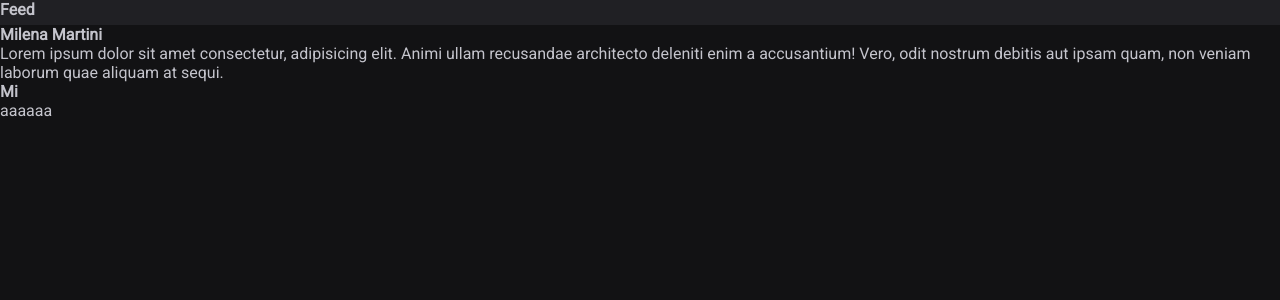
Repository: MilenaMartini/IgniteRckReactJs
Page: /
These files come from the project's save history. The page is drawn as it stood at one moment and after the next save; the edit follows.
The browser window is 1280 px wide. The pictures show the whole page.
The project was rebuilt for these pictures with package versions that can differ from the ones it lists, and the page was loaded fresh each time. Also part of the build but not shown: vite.config.js.

Above is the page before, as saved 2023-04-14 16:02:03.

### index.html
<!DOCTYPE html>
<html lang="en">
  <head>
    <meta charset="UTF-8" />
    <link rel="icon" type="image/svg+xml" href="/vite.svg" />
    <meta name="viewport" content="width=device-width, initial-scale=1.0" />
    <link rel="preconnect" href="https://fonts.googleapis.com">
<link rel="preconnect" href="https://fonts.gstatic.com" crossorigin>
<link href="https://fonts.googleapis.com/css2?family=Roboto:ital,wght@0,400;1,700&display=swap" rel="stylesheet">
    <title>Vite + React</title>
  </head>
  <body>
    <div id="root"></div>
    <script type="module" src="/src/main.jsx"></script>
  </body>
</html>

### src/App.jsx
import { Post } from "./Post"
import {Header} from "./components/Header"
import "./Global.css"

function App() {

  return (
    <div>
    <Header  />

   <Post
   author="Milena Martini"
   content="Lorem ipsum dolor sit amet consectetur, adipisicing elit. Animi ullam recusandae architecto deleniti enim a accusantium! Vero, odit nostrum debitis aut ipsam quam, non veniam laborum quae aliquam at sequi."
   />

   <Post
      author="Mi"
      content="aaaaaa"
    />
   </div>
  )
}
export default App

### src/Post.jsx
export function Post(props) {
  return (
  <div>
    <strong>{props.author}</strong>
    <p>{props.content}</p>
  </div>
    )
}

### src/components/Header.jsx
import React from "react";
import Style from './Header.module.css';

export function Header() {
  return(
  <header className={Style.header}>
    <strong >Feed</strong>
  </header>

  );
}

### src/Global.css
:root {
  --white: #ffffff;
  --gray-100: #e1e1e6;
  --gray-300: #c4c4cc;
  --gray-400: #8d8d99;
  --gray-600: #323238;
  --gray-700: #29292e;
  --gray-800: #202024;
  --gray-900: #121214;

  --green-500: #00875f;

}

*{
  margin: 0;
  padding: 0;
  box-sizing: border-box;
}

body{
  background: var(--gray-900);
  color: var(--gray-300);
  -webkit-font-smoothing: antialised;
}

body, input, textarea, button {
  font-family: 'Roboto', sans-serif;
  font-weight: 400;
  font-size: 1rem;
}

### src/components/Header.module.css
.header{
    background: var(--gray-800);
    height: 25px;
}

Loaded but not shown: src/main.jsx (common file)

After the next save:
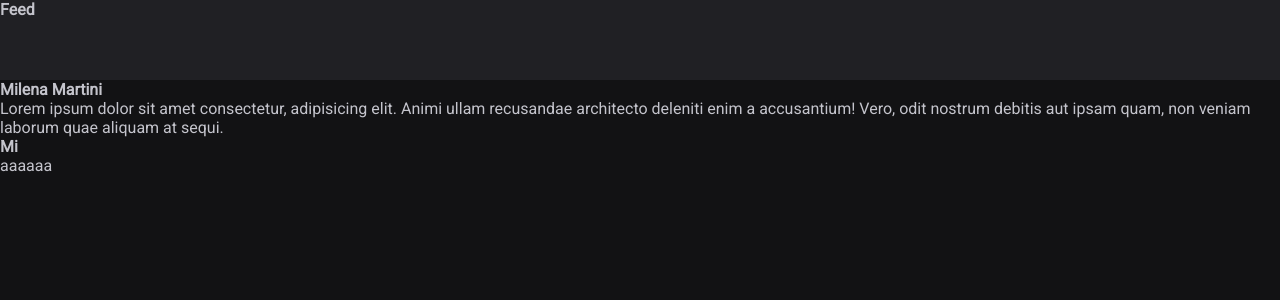
Saved 105 s later.
--- a/src/components/Header.module.css
+++ b/src/components/Header.module.css
@@ -1,4 +1,4 @@
 .header{
     background: var(--gray-800);
-    height: 25px;
+    height: 80px;
 }
